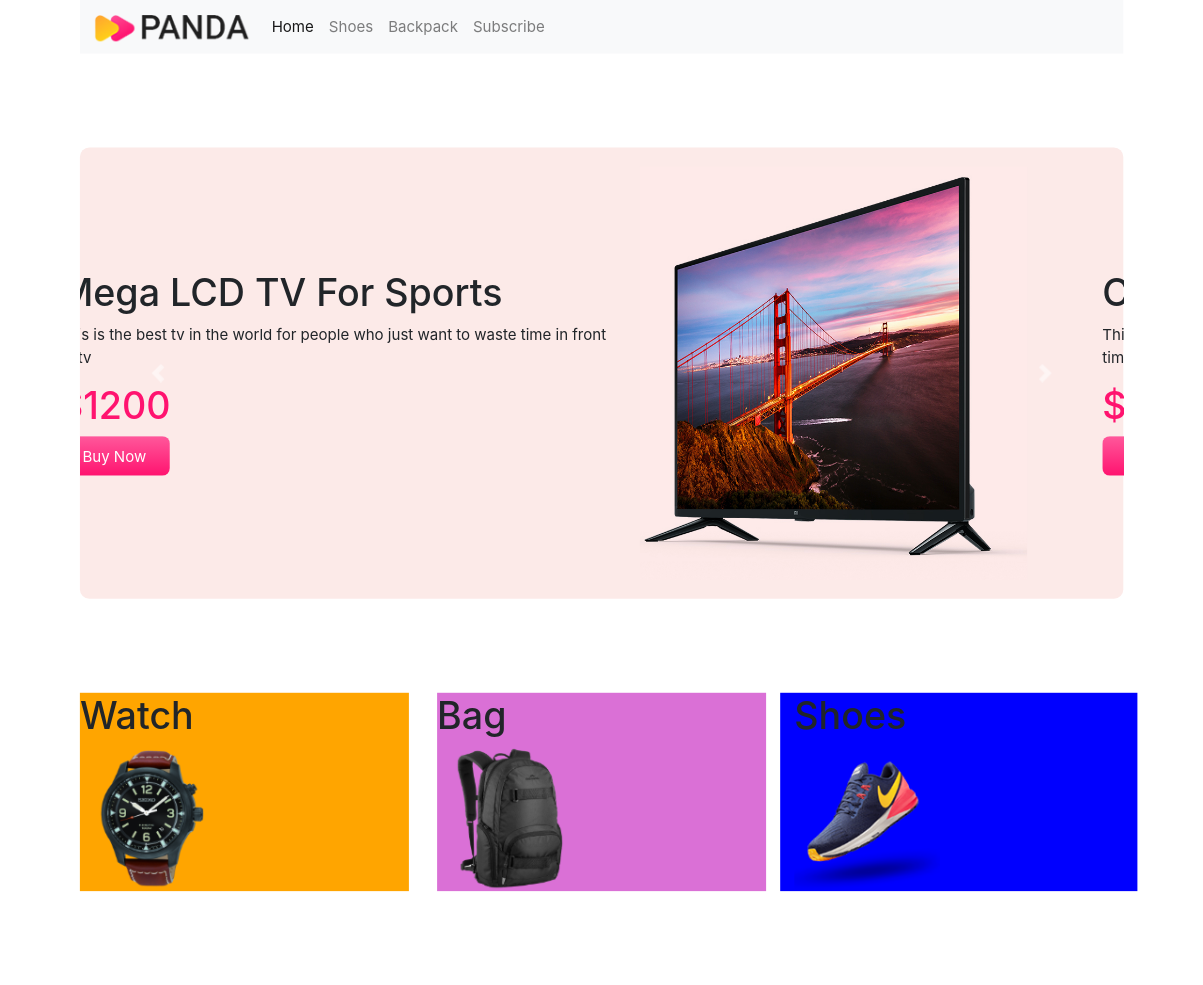
Repository: mohsinfarabi/panda-commerce
Page: index.html
The author's editor kept a copy of each file at every save. The page is drawn from the files as they stood at one save, then again after the next save.
The browser window is 1280 px wide. The pictures show the whole page, at 94% of full size.

Above is the page before, as saved 2020-07-07 02:50:28.

After the next save:
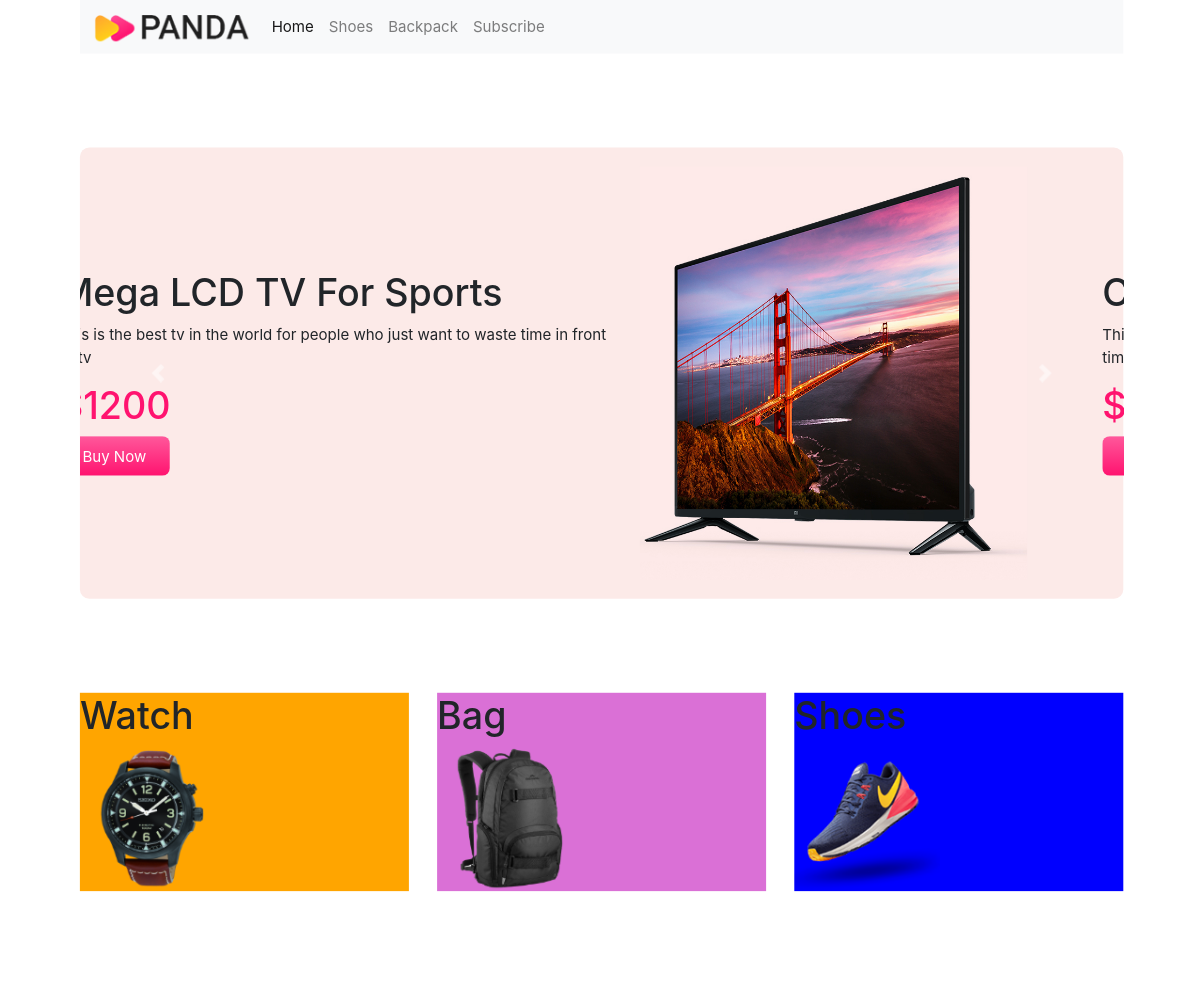
Saved 15 s later.
--- a/index.html
+++ b/index.html
@@ -102,9 +102,11 @@
                     <img src="images/categories/bag.png" alt="">
                 </div>
             </div>
-            <div class="col-md-4 cat3">
-                <h1>Shoes</h1>
-                <img src="images/categories/shoes.png" alt="">
+            <div class="col-md-4">
+                <div class="cat3">
+                    <h1>Shoes</h1>
+                    <img src="images/categories/shoes.png" alt="">
+                </div>
             </div>
         </div>
     </div>
